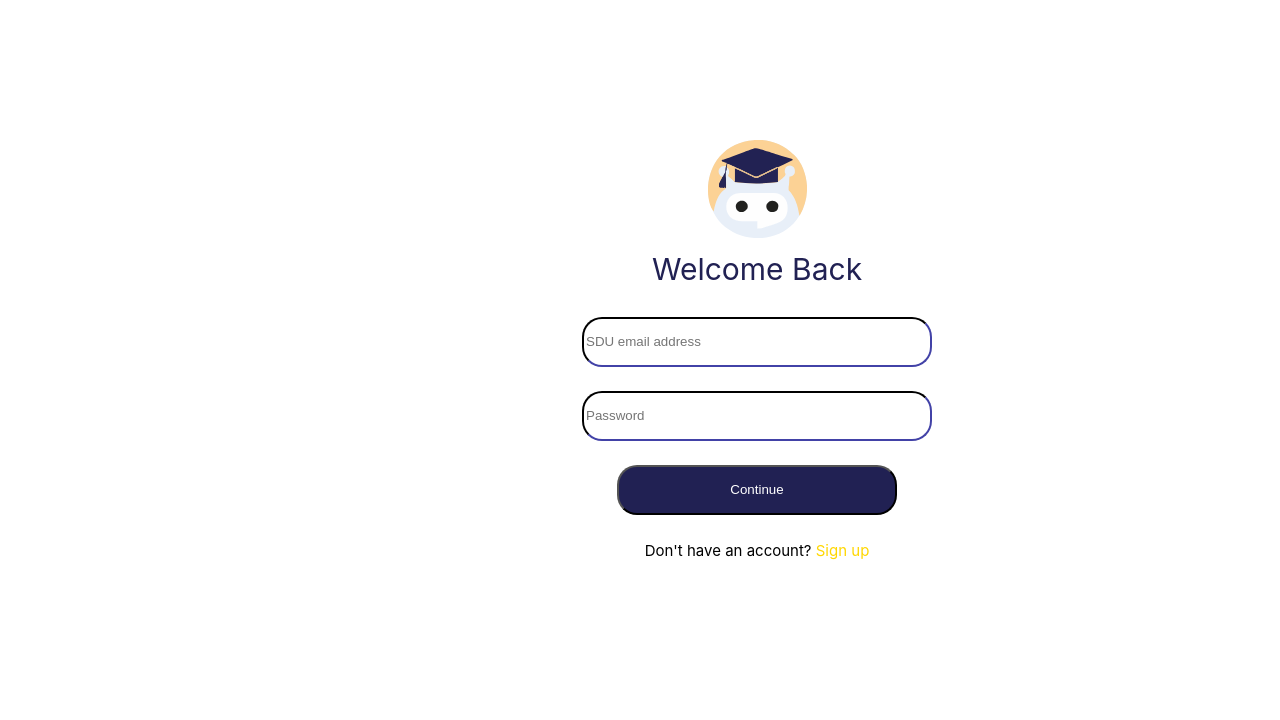
Repository: tolepbekova/Community_v.l
Page: /login
The author's editor kept a copy of each file at every save. The page is drawn from the files as they stood at one save, then again after the next save.
The browser window is 1280 px wide. The pictures show the whole page.
The project was rebuilt for these pictures with package versions that can differ from the ones it lists, and the page was loaded fresh each time. Also part of the build but not shown: vite.config.js, src/components/HelloWorld.vue. Imported but missing from the stored project, and not drawn on this page: src/views/Change.vue.

Above is the page before, as saved 2024-05-10 07:20:43.

### src/App.vue
<script setup>
import HelloWorld from './components/HelloWorld.vue'
import router from './router/index.js'
import './assets/base.css'
</script>

<template>
    <div id="app">

         <router-view />
    </div>

</template>

<style>
/* #app {
    display: flex;

}

#header {
    display: flex;
    width: 100%;
    flex-direction: column;
    align-items: center;
    justify-content: space-between;
    position: fixed;
    margin-left: 0px;
    margin-right: 0px;
    margin-top: 0px;
}

#header img {
    width: 218px;
    height: 77px;
}

#navbar {
    display: flex;
    align-items: center;
    justify-content: center;
}
span  {
    list-style: none;
    padding: 0 20px;
    text-decoration: none;
    font-size: 30px;
    color: rgba(33, 33, 83, 1);
    transition: 0.3s ease;
}

#navbar li :hover {
    color: rgb(237, 237, 167);
} */
</style>

### src/router/index.js
import Vue from 'vue'
import VueRouter from 'vue-router'
import Login from '../views/Login.vue'

Vue.use(VueRouter)

const router = new VueRouter({
  mode: 'history',
  base: import.meta.env.BASE_URL,
  routes: [
    {
      path: '/login',
      name: 'login',
      component: Login
    },
    {
      path: '/getstart',
      name: 'getstart',
      // route level code-splitting
      // this generates a separate chunk (About.[hash].js) for this route
      // which is lazy-loaded when the route is visited.
      component: () => import('../views/AboutView.vue')
    },
    {
      path: '/home',
      name: 'home',
      // route level code-splitting
      // this generates a separate chunk (About.[hash].js) for this route
      // which is lazy-loaded when the route is visited.
      component: () => import('../views/About.vue')
    },
    {
      path: '/sign',
      name: 'signin',
      component: () => import('../views/Signin.vue')
    },
    {
      path: '/contact',
      name: 'contact',
      component: () => import('../views/Contact.vue')
    },
    {
      path: '/auth',
      name: 'auth',
      component: () => import('../views/Auth.vue')
    },
    {
      path: '/change',
      name: 'change',
      component: () => import('../views/Change.vue')
    },

  ]
})

export default router

### src/assets/main.css
@import "./base.css";

#app {

  font-weight: normal;
}

a,
.green {
  text-decoration: none;
  color: hsla(160, 100%, 37%, 1);
  transition: 0.4s;
}

@media (hover: hover) {
  a:hover {
    background-color: hsla(160, 100%, 37%, 0.2);
  }
}

@media (min-width: 1024px) {
  body {
    display: flex;
    place-items: center;
  }

  #app {
    display: grid;
    grid-template-columns: 1fr 1fr;
    padding: 0 2rem;
  }
}

### src/assets/base.css
/* color palette from <https://github.com/vuejs/theme> */
:root {
  --vt-c-white: #ffffff;
  --vt-c-white-soft: #f8f8f8;
  --vt-c-white-mute: #f2f2f2;

  --vt-c-black: #181818;
  --vt-c-black-soft: #222222;
  --vt-c-black-mute: #282828;

  --vt-c-indigo: #2c3e50;

  --vt-c-divider-light-1: rgba(60, 60, 60, 0.29);
  --vt-c-divider-light-2: rgba(60, 60, 60, 0.12);
  --vt-c-divider-dadarkrk-1: rgba(84, 84, 84, 0.65);
  --vt-c-divider-dark-2: rgba(84, 84, 84, 0.48);

  --vt-c-text-light-1: var(--vt-c-indigo);
  --vt-c-text-light-2: rgba(60, 60, 60, 0.66);
  --vt-c-text-dark-1: var(--vt-c-white);
  --vt-c-text-dark-2: rgba(235, 235, 235, 0.64);
}

/* semantic color variables for this project */
:root {
  --color-background: var(--vt-c-white);
  --color-background-soft: var(--vt-c-white-soft);
  --color-background-mute: var(--vt-c-white-mute);

  --color-border: var(--vt-c-divider-light-2);
  --color-border-hover: var(--vt-c-divider-light-1);

  --color-heading: var(--vt-c-text-light-1);
  --color-text: var(--vt-c-text-light-1);

  --section-gap: 160px;
}

@media (prefers-color-scheme: dark) {
  :root {
    --color-background: var(--vt-c-black);
    --color-background-soft: var(--vt-c-black-soft);
    --color-background-mute: var(--vt-c-black-mute);

    --color-border: var(--vt-c-divider-dark-2);
    --color-border-hover: var(--vt-c-divider-dark-1);

    --color-heading: var(--vt-c-text-dark-1);
    --color-text: var(--vt-c-text-dark-2);
  }
}

*,
*::before,
*::after {
  box-sizing: border-box;
  margin: 0;
  position: relative;
  font-weight: normal;
}
html{
  padding: 0;
  margin: 0;
}
body {
  min-height: 10vh;
  padding: 0;
  margin: 0;
  transition: color 0.5s, background-color 0.5s;
  line-height: 1.6;
  font-family: Inter, -apple-system, BlinkMacSystemFont, 'Segoe UI', Roboto, Oxygen, Ubuntu,
    Cantarell, 'Fira Sans', 'Droid Sans', 'Helvetica Neue', sans-serif;
  font-size: 15px;
  text-rendering: optimizeLegibility;
  -webkit-font-smoothing: antialiased;
  -moz-osx-font-smoothing: grayscale;
}

### src/views/Login.vue
<template>
    <div>

        <br><br><br>

        <div class="abrow">
            <br><br>
            <div class="abcolu">
                <img src="../assets/logo/finalicon13_1.svg" alt="">
            </div>
            <div class="abcolu">
                <h1>Welcome Back</h1>
                <br>
                <input type="email" v-model:value="info.email" placeholder="SDU email address">
                <br><br>
                <input type="password" v-model:value="info.password" placeholder="Password" required>
                <br><br>
                <router-link to="getstart"><button class="btn" @click="login()">Continue</button></router-link>
                <br><br>
                <p>Don't have an account? <router-link to="sign in">Sign up</router-link></p>
            </div>
        </div>
    </div>
</template>

<script>
import axios from 'axios';

export default {
    data() {
        return {
            token: "",
            info: {
                email: "",
                password: "",
            },
        };
    },
    methods: {
        login() {
            axios
                .post(
                    ` https://sschat-production.up.railway.app/accounts/auth/token/login/`,
                    this.info
                )
                .then((res) => {
                    this.token = res.auth_token;
                });
        },
    },
};
</script>

<style scoped>
h1 {
    color: rgba(33, 33, 83, 1);
}

#header {
    display: flex;
    align-items: center;
    justify-content: space-around;
    padding: 20px 80px;

}

#header img {
    width: 218px;
    height: 77px;
}

#navbar {
    display: flex;
    align-items: center;
    justify-content: center;
}

#navbar li {
    list-style: none;
    padding: 0 20px;
}

#navbar li a {
    text-decoration: none;
    font-size: 30px;
    color: rgba(33, 33, 83, 1);
    transition: 0.3s ease;
}

#navnar li a:hover {
    color: rgb(237, 237, 167);
}

.abrow {
    margin: 20px auto;
    display: block;
    text-align: center;
    margin-left: 550px;
}

.abcolu {
    margin: 0 auto;
    display: block;
    text-align: center;
}

img {
    max-width: 99px;
    max-height: 99px;
}


.abp {
    margin: 0 auto;
    display: block;
    width: 670px;
    height: 100px;
}

.icon {
    width: 24px;
    height: 24px;
}

.btn {
    background-color: rgba(33, 33, 83, 1);
    border-radius: 20px;
    width: 280px;
    height: 50px;
    color: #ffffff;
}

input {
    border-radius: 20px;
    width: 350px;
    height: 50px;
    border-color: rgba(33, 33, 83, 1);
}

a {
    color: gold;
}

.lbtn1 {
    margin: 0 auto;
    display: block;
    width: 266px;
    height: 48px;
    border-radius: 30px;
    color: rgba(33, 33, 83, 1);
    background-color: rgba(253, 211, 149, 1);
    border: none;
    font-size: 15px;
    font-family: Cambria, Cochin, Georgia, Times, 'Times New Roman', serif;
    font-weight: bold;

}

.lbtn2 {
    margin: 0 auto;
    display: block;
    width: 266px;
    height: 48px;
    border-radius: 30px;
    color: rgba(33, 33, 83, 1);
    background-color: rgba(253, 211, 149, 1);
    border: none;
    font-size: 15px;
    font-family: Cambria, Cochin, Georgia, Times, 'Times New Roman', serif;
    font-weight: bold;

}
</style>

Loaded but not shown: index.html (common file); src/main.js (common file)

After the next save:
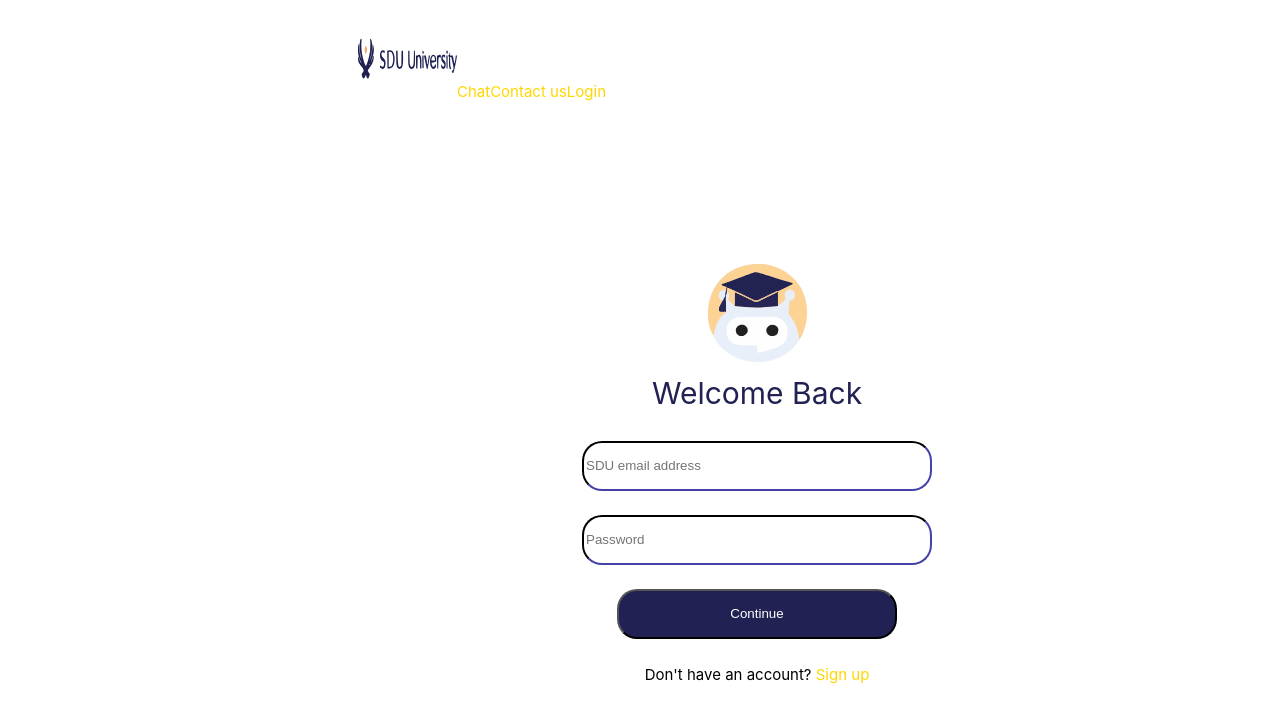
Saved 40 s later.
--- a/src/views/Login.vue
+++ b/src/views/Login.vue
@@ -1,5 +1,21 @@
 <template>
     <div>
+        <v-app id="header">
+            <v-card color="grey lighten-4" flat height="100px" tile>
+                <v-toolbar dense>
+
+                  <router-link   to="/home"> <img class="logo" src="../assets/logo/log.svg"></router-link>
+
+                    <v-spacer></v-spacer>
+
+                    <span><router-link to="/getstart">Chat</router-link></span>
+                        <span><router-link to="/contact">Contact us</router-link></span>
+                        <span><router-link to="/auth">Login</router-link></span>
+
+
+                </v-toolbar>
+            </v-card>
+        </v-app>
 
         <br><br><br>
 
